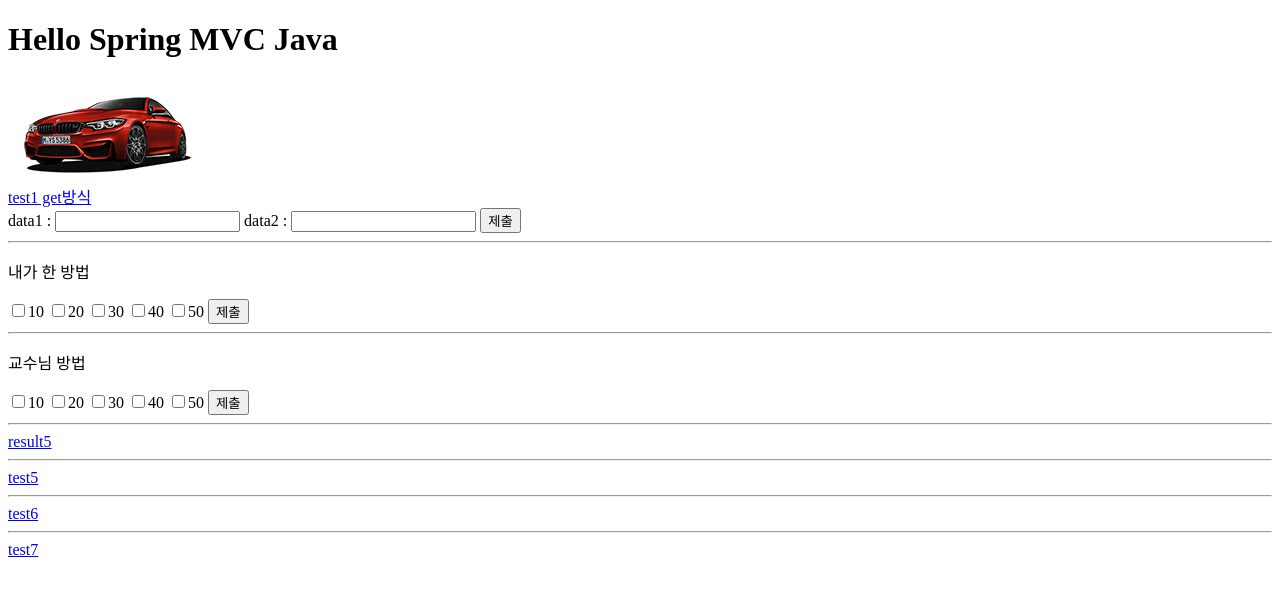
Repository: kangseongwuk/Spring
Page: http://localhost/WebSpringSample3_parameter/WEB-INF/views/index.jsp
An editor plug-in stored every save of this project. The page is shown before and after the next save, followed by the edit.
The browser window is 1280 px wide. The pictures show the whole page.
The page is served by Tomcat 9. Nobody is signed in. Other server files are loaded and not shown. The template is opened directly, without the code that normally fills it, so the values that code supplies are empty.

Above is the page before, as saved 2022-10-11 05:57:58.
Console error: TypeError: Cannot read properties of null (reading 'checked')

### WebSpringSample3_parameter/src/main/webapp/WEB-INF/views/index.jsp
<%@ page language="java" contentType="text/html; charset=UTF-8"
    pageEncoding="UTF-8"%>
<!DOCTYPE html>
<html>
<head>
<meta charset="UTF-8">
<title>Insert title here</title>
<script type="text/javascript">
	if(document.getElementById("data1").checked){
		document.getElementByID("data1_hidden").disabled=true;
	}
	if(document.getElementById("data2").checked){
		document.getElementByID("data2_hidden").disabled=true;
	}
	if(document.getElementById("data3").checked){
		document.getElementByID("data3_hidden").disabled=true;
	}
	if(document.getElementById("data4").checked){
		document.getElementByID("data4_hidden").disabled=true;
	}
	if(document.getElementById("data5").checked){
		document.getElementByID("data5_hidden").disabled=true;
	}
</script>
</head>
<body>
	<h1>Hello Spring MVC Java</h1>
	<img src="image/bmwmodel_205.png"/><br>
	<a href="test1?data1=100&data2=200">test1 get방식</a><br>

	<form action="result2">
		<label>data1 : <input type="text" name=data1></label>
		<label>data2 : <input type="text" name=data2></label>
		<label><input type="submit" value="제출" ></label>
	</form>

	<hr>
	<p>내가 한 방법</p>
	<form action="result3" method="get">
	<input type="checkbox" value="10" name=data1>10
	<input type="hidden" value="0" name=data1 id=data1_hidden/>
	<input type="checkbox" value="20" name=data2>20
	<input type="hidden" value="0" name=data2 id=data2_hidden/>
	<input type="checkbox" value="30" name=data3>30
	<input type="hidden" value="0" name=data3 id=data3_hidden/>
	<input type="checkbox" value="40" name=data4>40
	<input type="hidden" value="0" name=data4 id=data4_hidden/>
	<input type="checkbox" value="50" name=data5>50
	<input type="hidden" value="0" name=data5 id=data5_hidden/>
	<input type="submit" value="제출">
	</form>
	<hr>
	<p>교수님 방법</p>
	<form action="result4" method="get">
	<input type="checkbox" value="10" name=data_3>10
	<input type="checkbox" value="20" name=data_3>20
	<input type="checkbox" value="30" name=data_3>30
	<input type="checkbox" value="40" name=data_3>40
	<input type="checkbox" value="50" name=data_3>50
	<input type="submit" value="제출">
	</form>
	<hr>
	<a href="result5?data1=100&data2=200&data3=300&data4=400&data5=500">result5</a>
	<hr>
	<a href="test5/100/200/300/400/500">test5</a>
	<hr>
	<a href="test6?data1=100&data2=200&data3=300&data4=400&data5=500">test6</a>
	<hr>
	<a href="test7?data1=100&data2=200&data3=300&data4=400&data5=500">test7</a>


</body>
</html>

<!--
.요청 방식 지정하기

Spring MVC 는 요청 주소별로 메서드를 정의할 수도 있지만 같은 요청 주소에서 요청 방식에 따라 메서드를 정의할 수도 있습니다.
GET, POST, PUT, DELELTE, PATCH 에 대해 처리할 수 있습니다.

@RequestMapping
RequestMapping 어노테이션은 요청 주소 셋팅 뿐만 아니라 요청 방식도 설정할 수 있습니다.

@RequestMapping(value = "/test1", method = RequestMethod.GET)
public String test1() {
	return "test1";
}

요청 어노테이션

RequestMapping 대신 요청별로 제공되는 어노테이션을 사용할 수도 있습니다.
@GetMapping("/test4")
public String test4() {
	return "test4";
}

@PostMapping("/test5")
public String test5() {
	return "test5";
}


동시에 설정하기

RequestMapping은 요청 방식들을 동시에 설정할 수 있습니다.

@RequestMapping(value = "/test7", method = {RequestMethod.GET, RequestMethod.POST})
public String test7() {
	return "test7";
}
 -->


<!--
 Parameter 추출하기
-------------------------
클라이언트 요청 발생 시 전달하는 파라미터 데이터를 손쉽게 주입 받을 수 있도록 다양한 방식을 제공하고 있습니다.
Spring MVC는 Servlet/JSP 처럼 요청 방식에 따라 파라미터 추출하는 방식이 달라지지는 않습니다.

 - HttpServletRequest 사용하기
 1) Spring MVC는 필요한 객체나 데이터는 주입을 받아 사용하게 됩니다.
 2) Servlet/JSP에서 파라미터 데이터를 추출할 때 HttpServletRequest request 객체를 통하게 되는데
    Spring MVC에서 이 객체를 주입 받아 사용할 수 있습니다.
 3) 파라미터 추출 뿐만 아니라 HttpServletRequest 객체가 필요할 경우 사용하면 됩니다.

	@GetMapping("/test1")
	public String test1(HttpServletRequest request) {

	String data1 = request.getParameter("data1");
	String data2 = request.getParameter("data2");
	String [] data3 = request.getParameterValues("data3");

				… 생략
	}


 - WebRequest 사용하기
   WebRequest는 HttpServletRequest 클래스를 확장한 클래스입니다.

  @GetMapping("/test3")
   public String test3(WebRequest request) {

   String data1 = request.getParameter("data1");
   String data2 = request.getParameter("data2");
   String [] data3 = request.getParameterValues("data3");

   				 …생략…
   }


 - @PathVariable
     데이터가 요청 주소에 있을 경우 값을 주입 받을 수 있는 어노테이션입니다.
   Restful API 서버 프로그래밍시 많이 사용하는 방식입니다.
            데이터1/2/3
      요청주소/값1/값2/값3

	형 변환
	@GetMapping("/test4/{data1}/{data2}/{data3}")
	public String test4(@PathVariable int data1,
					    @PathVariable int data2,
			 			@PathVariable int data3) {
			 	.........
	}

- @RequestParam
	1) 파라미터 데이터를 직접 주입 받을 수 있습니다.
	2) 지정된 변수의 이름과 파라미터의 이름이 같을 경우 값을 주입 받습니다.
	3) 가능한 경우 형 변환도 처리해줍니다.
	4) value : 파라미터의 이름과 변수의 이름이 다를 경우 파라미터 이름을 지정합니다.
	5) required : false를 설정하면 지정된 이름의 파라미터가 없을 경우 null이 주입되고,
		있으면 넘어온 값으로 됩니다.(문자인 경우)
	6) (defaultValue = "0")설정하면 기본값으로 설정되고,  있으면 넘어온 값으로 됩니다.

	@GetMapping("/test7")
	public String test7(@RequestParam(value = "data1") String value1,
			  @RequestParam(value = "data2", required = false) String value2,
			  @RequestParam(value = "data3", defaultValue = "default") String value3) {

			  ..........
	 }

 -->

After the next save:
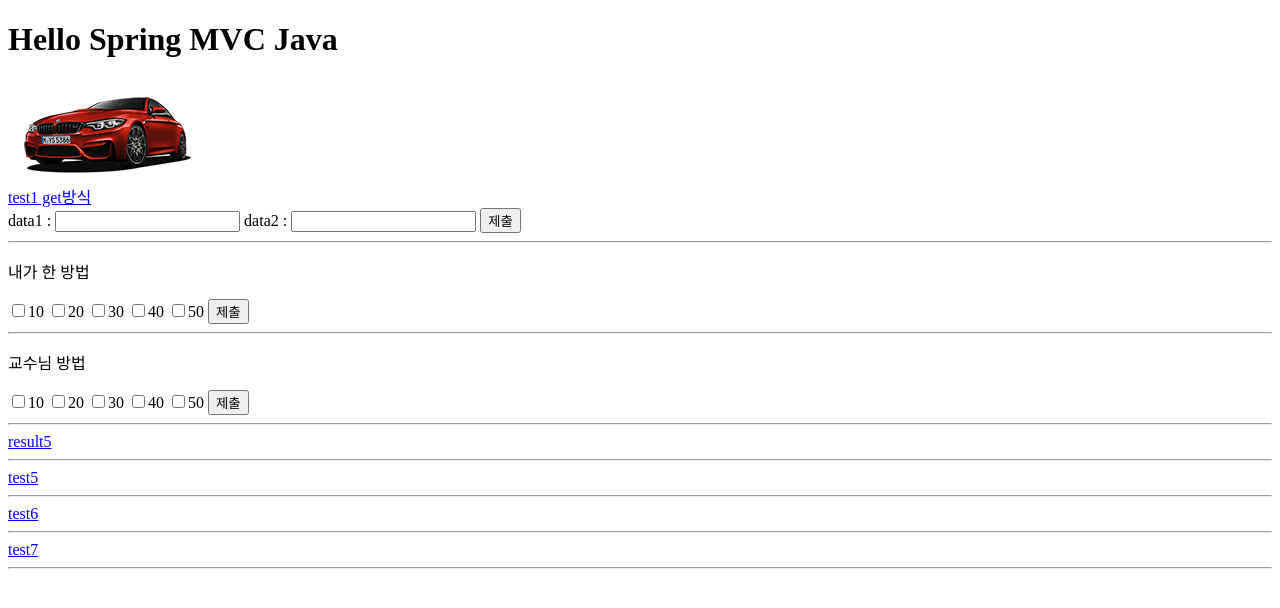
Saved 24 min 8 s later.
--- a/WebSpringSample3_parameter/src/main/webapp/WEB-INF/views/index.jsp
+++ b/WebSpringSample3_parameter/src/main/webapp/WEB-INF/views/index.jsp
@@ -67,6 +67,8 @@
 	<a href="test6?data1=100&data2=200&data3=300&data4=400&data5=500">test6</a>
 	<hr>
 	<a href="test7?data1=100&data2=200&data3=300&data4=400&data5=500">test7</a>
+	<hr>
+	<a href="test8?data1=100&data2=200&data3=300&data4=400>test7</a>
 
 
 </body>
